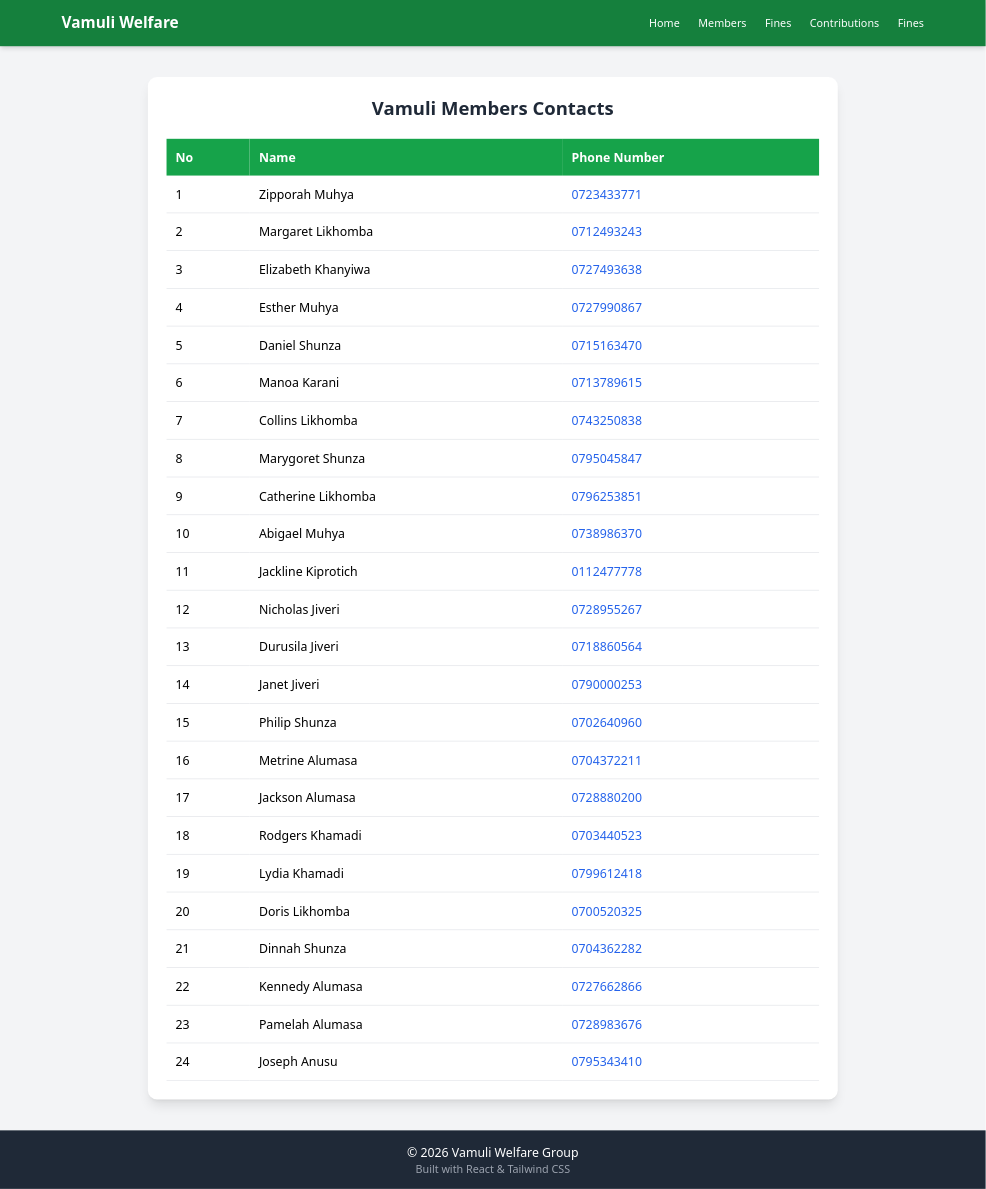
Repository: Engineer-collo/Vamuli-welfare
Page: /members
These files come from the project's save history. The page is drawn as it stood at one moment and after a run of saves; the edit follows.
The browser window is 1280 px wide. The pictures show the whole page, at 77% of full size.
The project was rebuilt for these pictures with package versions that can differ from the ones it lists, and the page was loaded fresh each time. Also part of the build but not shown: vite.config.js, src/pages/FinesTable.jsx.

Above is the page before, as saved 2026-03-16 11:26:11.

After the next 7 saves:
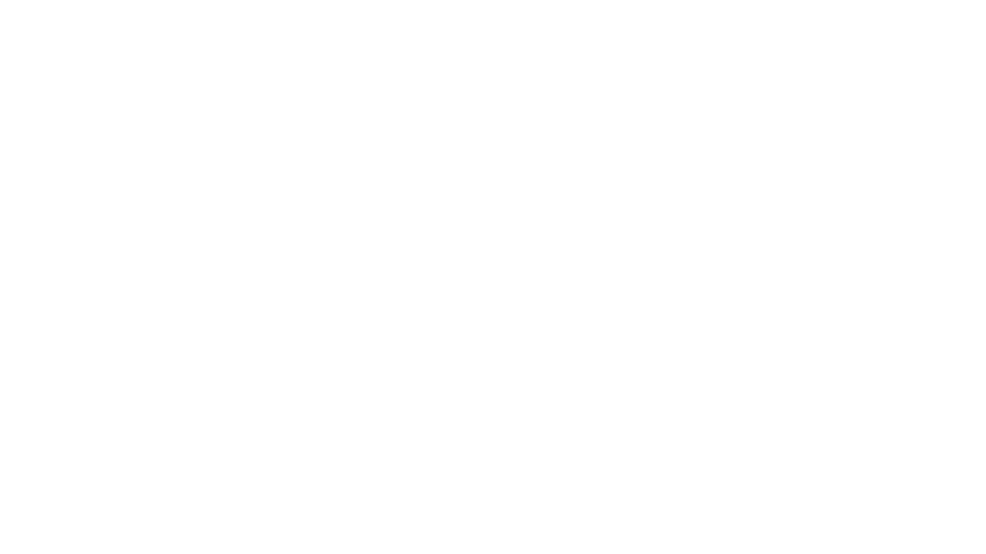
Console error: ReferenceError: febPaidDate is not defined
The 7 saves are shown as one change because they came seconds apart.
The last was saved 38 s later.
--- a/src/pages/ContributionsTable.jsx
+++ b/src/pages/ContributionsTable.jsx
@@ -2,7 +2,7 @@
 
 // Sample contributions data (24 members)
 const contributions = [
-  { id: 1, name: "Nicholus Jiveri", registration: 500, jan: 500, feb: 500, mar: 500, janPaidDate: 6 },
+  { id: 1, name: "Nicholus Jiveri", registration: 500, jan: 500, feb: 500, mar: 500, janPaidDate: 6, febPaidDate },
   { id: 2, name: "Durusila Jiveri", registration: 500, jan: 500, feb: 500, mar: 500, janPaidDate: 4 },
   // ... add janPaidDate (or any month) for each member
 ];

After the 2 saves that followed:
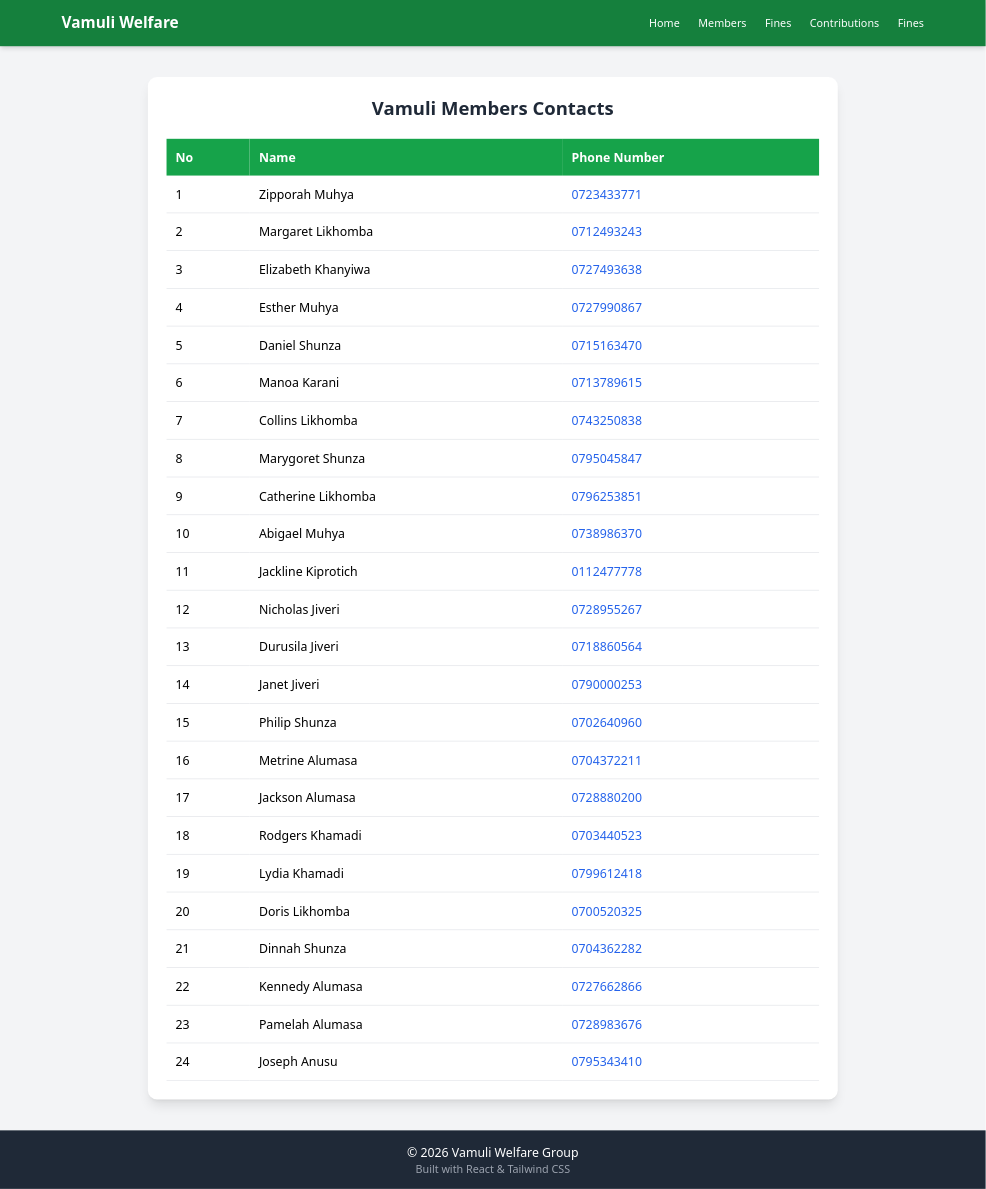
The error is gone.
The 2 saves are shown as one change because they came seconds apart.
The last was saved 7 s later.
--- a/src/pages/ContributionsTable.jsx
+++ b/src/pages/ContributionsTable.jsx
@@ -2,7 +2,7 @@
 
 // Sample contributions data (24 members)
 const contributions = [
-  { id: 1, name: "Nicholus Jiveri", registration: 500, jan: 500, feb: 500, mar: 500, janPaidDate: 6, febPaidDate },
+  { id: 1, name: "Nicholus Jiveri", registration: 500, jan: 500, feb: 500, mar: 500, janPaidDate: 6, febPaidDate: 7 },
   { id: 2, name: "Durusila Jiveri", registration: 500, jan: 500, feb: 500, mar: 500, janPaidDate: 4 },
   // ... add janPaidDate (or any month) for each member
 ];
